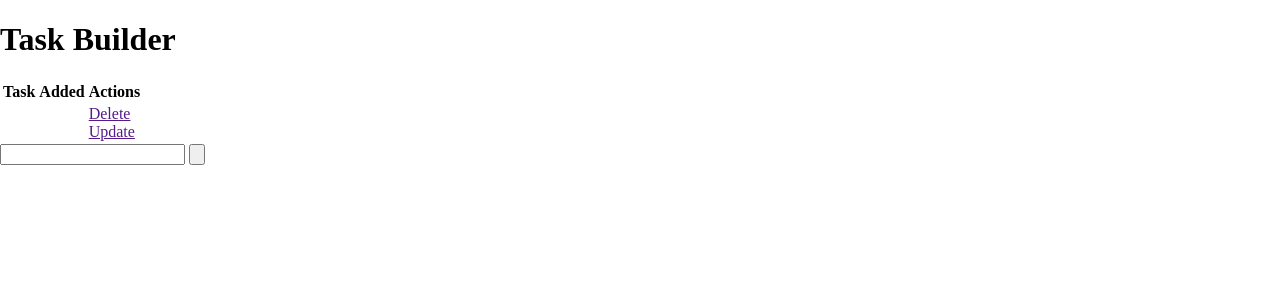
Repository: inno03/flask-test
Page: http://localhost/
An editor plug-in stored every save of this project. The page is shown before and after the next save, followed by the edit.
The browser window is 1280 px wide. The pictures show the whole page.
The page is served by the project's application, run on Flask 3 (app.py).

Above is the page before, as saved 2023-08-11 06:25:29.

After the next save:
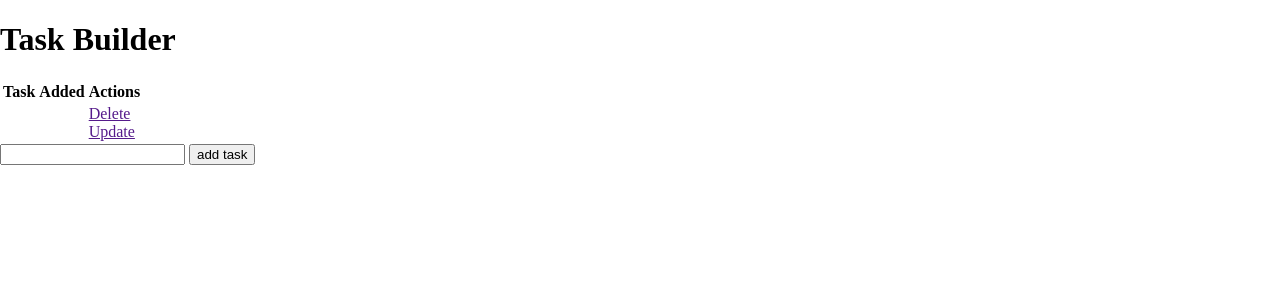
Saved 5 s later.
--- a/templates/index.html
+++ b/templates/index.html
@@ -26,7 +26,7 @@
       </table>
       <form action="/" method="POST">
         <input type="text" name="content" id="content">
-        <input type="submit" value=""
+        <input type="submit" value="add task"
       </div>
 
 {% endblock %}
